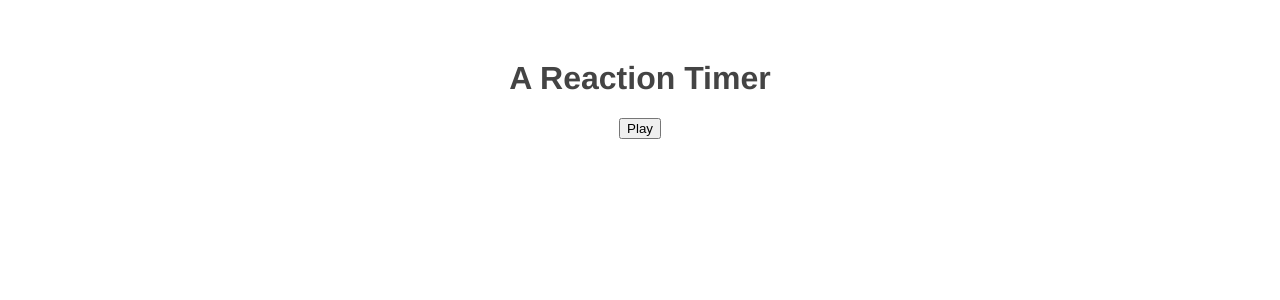
Repository: qudos4real/reaction-timer
Page: /
These files come from the project's save history. The page is drawn as it stood at one moment and after the next save; the edit follows.
The browser window is 1280 px wide. The pictures show the whole page.
The project was rebuilt for these pictures with package versions that can differ from the ones it lists, and the page was loaded fresh each time. Also part of the build but not shown: vue.config.js, src/components/Block.vue.

Above is the page before, as saved 2022-12-27 23:46:13.

### src/App.vue
<template>
 <h1>A Reaction Timer</h1>
 <button @click="start" v-bind:disabled="isPlaying">Play</button>
 <Block v-if="isPlaying" :delay="delay" @end="endGame"/>
 <Results :score="score"/>
 <p v-if="showResult">Your reaction time was {{ score }} ms</p>
</template>

<script>
import Block from './components/Block.vue';
import Results from './components/Results.vue';

export default {
  name: 'App',
  components: {
    Block,
    Results
  },
  data() {
    return {
      isPlaying: false,
      delay: null,
      score: null,
      showResult: false
    }
  },
  methods: {
    start() {
      this.isPlaying = true;
      this.delay = 1000 + Math.random() * 4000;
      this.isPlaying = true;
      this.showResult = false;
    },
    endGame(reactionTime) {
      this.isPlaying = false;
      this.score = reactionTime;
      this.showResult = true;
    }
  }
}
</script>

<style>
#app {
  font-family: Avenir, Helvetica, Arial, sans-serif;
  -webkit-font-smoothing: antialiased;
  -moz-osx-font-smoothing: grayscale;
  text-align: center;
  color: #444;
  margin-top: 60px;
}
</style>

### src/components/Results.vue
<template>
   <p v-if="showResult">Your reaction time was {{ score }} ms</p>
</template>

<script>
export default {
props: ['score',],
}
</script>

<style>

</style>

Loaded but not shown: public/index.html (common file); src/main.js (common file)

After the next save:
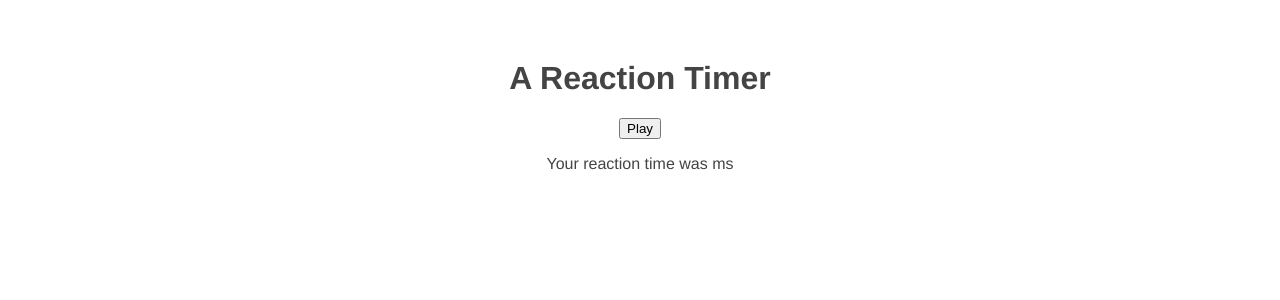
Saved 37 s later.
--- a/src/components/Results.vue
+++ b/src/components/Results.vue
@@ -1,5 +1,5 @@
 <template>
-   <p v-if="showResult">Your reaction time was {{ score }} ms</p>
+   <p>Your reaction time was {{ score }} ms</p>
 </template>
 
 <script>

After the save that followed:
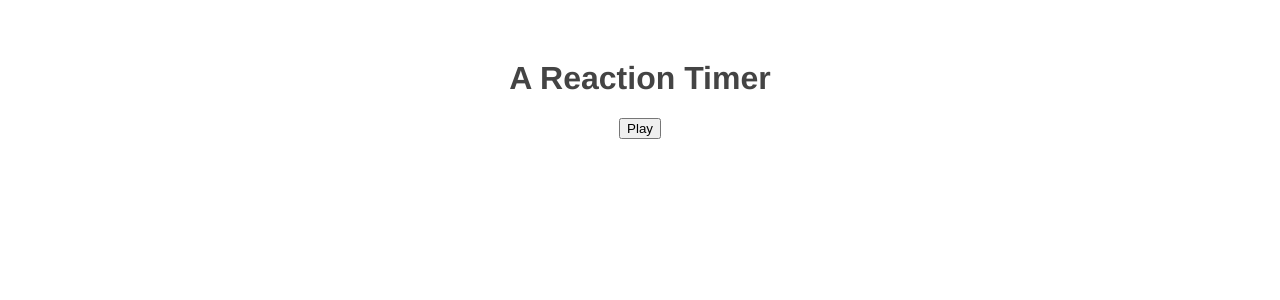
Saved 19 s later.
--- a/src/App.vue
+++ b/src/App.vue
@@ -2,8 +2,7 @@
  <h1>A Reaction Timer</h1>
  <button @click="start" v-bind:disabled="isPlaying">Play</button>
  <Block v-if="isPlaying" :delay="delay" @end="endGame"/>
- <Results :score="score"/>
- <p v-if="showResult">Your reaction time was {{ score }} ms</p>
+ <Results v-if="showResult" :score="score"/>
 </template>
 
 <script>
